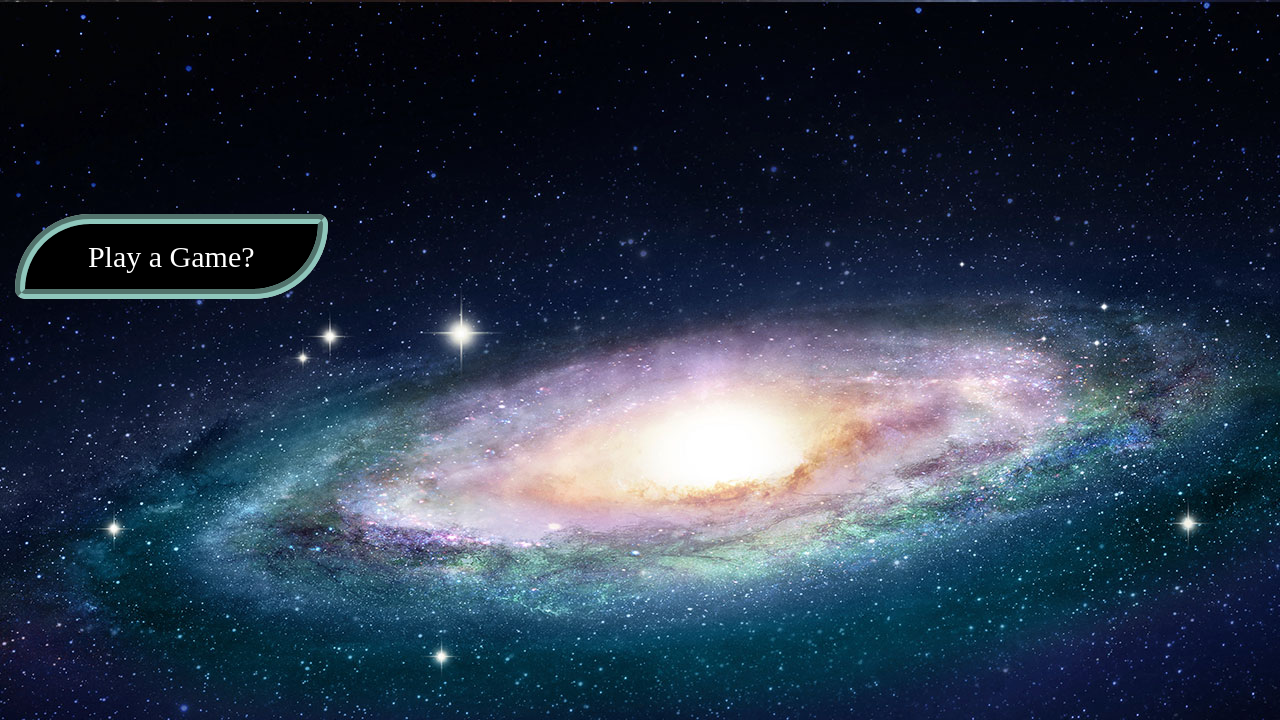
Repository: dsaftler/Trivia
Page: index.html
These files come from the project's save history. The page is drawn as it stood at one moment and after the next save; the edit follows.
The browser window is 1280 px wide. The pictures show the whole page.
Some web fonts or font styles are not loaded; a fallback is used.

Above is the page before, as saved 2019-04-13 17:36:18.

### index.html
<!DOCTYPE html>
<html lang="en">
<head>
  <meta charset="UTF-8">
  <meta name="viewport" content="width=device-width, initial-scale=1.0">
  <meta http-equiv="X-UA-Compatible" content="ie=edge">
   <link rel="stylesheet" href="assets/css/reset.css" type="text/css">
  <link rel="stylesheet" href="https://stackpath.bootstrapcdn.com/bootstrap/4.3.1/css/bootstrap.min.css"
    integrity="sha384-ggOyR0iXCbMQv3Xipma34MD+dH/1fQ784/j6cY/iJTQUOhcWr7x9JvoRxT2MZw1T" crossorigin="anonymous">
  <!-- <link href="https://fonts.googleapis.com/css?family=Cherry+Swash:700" rel="stylesheet"> -->
  <link href="https://fonts.googleapis.com/css?family=Baumans" rel="stylesheet">
  <link rel="stylesheet" href="assets/css/glowing.css">

  <!-- custom css -->
  <link rel="stylesheet" href="assets/css/style.css" type="text/css">

  <title>Trivia Game</title>
</head>
<body>
<div class="container">
  <div class="scoreElements">
   <div id="showWinsCnt"><span id="wins"></span></div>
   <div id="showLoseCnt"><span id="wrongs"></span></div>
   <div id="showMissCnt"><span id="misses"></span></div>
  </div>
  <div class='playElements'>
    <div class="showTimer"><span id="timer"></span></div>
    <div class="showQuestion"><span id="question"></span></div>
    <ul class=showAnswers>
    <li class="answers glowing blue" id="answer0"><a href="#"></a></li>
    <li class="answers glowing darkblue" id="answer1"><a href="#"></a></li>
    <li class="answers glowing indigo"  id=" answer2"><a href="#"></a></li>
    <li class="answers glowing purple" id=" answer3"><a href="#"></a></li>
    </ul>
    <span class="tmyk">
      <div class="extra"></div>
      <img class="image">
    </span>
  </div>

  <button class="glowing cyan" id="newGame" onclick="initGame()">Play a Game?</button>
  <!-- <button id="temp1" onclick="newQuestion()">Next Question?</button> -->
</div>

<!-- bootstrap scripts -->
<script src="https://code.jquery.com/jquery-3.3.1.slim.min.js"
  integrity="sha384-q8i/X+965DzO0rT7abK41JStQIAqVgRVzpbzo5smXKp4YfRvH+8abtTE1Pi6jizo" crossorigin="anonymous"></script>
<script src="https://cdnjs.cloudflare.com/ajax/libs/popper.js/1.14.7/umd/popper.min.js"
  integrity="sha384-UO2eT0CpHqdSJQ6hJty5KVphtPhzWj9WO1clHTMGa3JDZwrnQq4sF86dIHNDz0W1" crossorigin="anonymous"></script>
<script src="https://stackpath.bootstrapcdn.com/bootstrap/4.3.1/js/bootstrap.min.js"
  integrity="sha384-JjSmVgyd0p3pXB1rRibZUAYoIIy6OrQ6VrjIEaFf/nJGzIxFDsf4x0xIM+B07jRM" crossorigin="anonymous"></script>
<script src="assets/javascript/app.js"></script>


</body>
</html>

### assets/css/glowing.css
/*!
 * Glowing.css - a simple pure CSS to make PNG or anything glow!
 * https://github.com/topex-psy/Glowing.css
 *
 * Version: 1.0
 * Author: Taufik Nur Rahmanda (https://www.facebook.com/TopEx.Divine)
 * Github: https://github.com/topex-psy

 * Made available under a MIT License:
 * http://www.opensource.org/licenses/mit-license.php
 */

.glowing {
	-webkit-filter: drop-shadow(0 0 0 rgba(255,255,255,.8));
	-webkit-transition: all .2s linear;
	-moz-transition: all .2s linear;
	-o-transition: all .2s linear;
	transition: all .2s linear;
}
.glowing.red:hover { -webkit-filter: drop-shadow(0 0 8px rgba(255,153,153,1)); }
.glowing.orange:hover { -webkit-filter: drop-shadow(0 0 8px rgba(244,173,66,1)); }
.glowing.yellow:hover { -webkit-filter: drop-shadow(0 0 8px rgba(244,241,66,1)); }
.glowing.green:hover { -webkit-filter: drop-shadow(0 0 8px rgba(83,244,66,1)); }
.glowing.cyan:hover { -webkit-filter: drop-shadow(0 0 8px rgba(0,255,221,1)); }
.glowing.lightblue:hover { -webkit-filter: drop-shadow(0 0 8px rgba(0,231,255,1)); }
.glowing.blue:hover { -webkit-filter: drop-shadow(0 0 8px rgba(0,153,255,1)); }
.glowing.darkblue:hover { -webkit-filter: drop-shadow(0 0 8px rgba(0,63,255,1)); }
.glowing.indigo:hover { -webkit-filter: drop-shadow(0 0 8px rgba(167,66,244,1)); }
.glowing.purple:hover { -webkit-filter: drop-shadow(0 0 8px rgba(244,66,232,1)); }
.glowing.magenta:hover { -webkit-filter: drop-shadow(0 0 8px rgba(255,109,194,1)); }
.glowing.pink:hover { -webkit-filter: drop-shadow(0 0 8px rgba(255,137,184,1)); }

.and { }
.quickly { -webkit-transition:-webkit-transform .05s !important;-moz-transition:-moz-transform .05s !important;-o-transition:-o-transform .05s !important;transition:transform .05s !important; }
.rotating:hover { -ms-transform:matrix(1.1,0.2,-0.2,1.1,0,0);-webkit-transform:matrix(1.1,0.2,-0.2,1.1,0,0);transform:matrix(1.1,0.2,-0.2,1.1,0,0); }
.zooming:hover { -ms-transform: scale(1.1,1.1);-webkit-transform: scale(1.1,1.1);transform: scale(1.1,1.1); }

.disco:hover {
	-webkit-animation-duration: 2s;
	-webkit-animation-timing-function: ease-in-out;
	-webkit-animation-iteration-count: infinite;
	-webkit-animation-name: disco;
	animation-duration: 2s;
	animation-timing-function: ease-in-out;
	animation-iteration-count: infinite;
	animation-name: disco;
}
@-webkit-keyframes disco {
	0%    { -webkit-filter: drop-shadow(0 0 8px rgba(255,153,153,1)); }
	25%  { -webkit-filter: drop-shadow(0 0 8px rgba(244,241,66,1)); }
	50%  { -webkit-filter: drop-shadow(0 0 8px rgba(0,153,255,1)); }
	75%  { -webkit-filter: drop-shadow(0 0 8px rgba(244,66,232,1)); }
	100%    { -webkit-filter: drop-shadow(0 0 8px rgba(255,153,153,1)); }
}

### assets/css/style.css
html {
  height: 100%;
}
body {
  height: 100%;
  margin: 0;
  padding:0;
  background-color: #02315c;

  margin: auto;
  align-content: center;
  font-family: 'Baumans', cursive;
  color:white;
  font-size: 24px;
  font-weight: bolder;
}
.container{
   height: 100%;
  margin: auto;
  background-image: url("../images/hubble.jpg");
  max-width: 1536px;
}
button{
  width:25%;
  margin: auto;
  color:white;
  font-size: 30px;
  padding: 10px;
  background-color:black;
  border-color: #8fc7bc;
  border-style: groove;
  border-width: 10px;
  border-radius: 150px 20px;
}
.scoreElements{
align-content: center;
margin: auto;
width: 25%;

}

.playElements{
  align-content: center;
  margin: auto;
  width: 75%;
  padding-top:70px;
}

ul li a {
  /* color: #8fc7bc; */
  display: block;
  text-decoration: none;
  padding: 16px;
  width:50%
}

ul {
  list-style-type: circle;
}

li {
  display: block;
}

/* ul li a:hover {
  color: #332419;
  display: block;
  text-decoration: none;
}

li:hover {
  /* background-color:#8fc7bc; */
} */
.playElements {
  align-content: center;
  margin: auto;
  width: 75%;
  padding-top: 70px;
}
#Timer {
  font-size: 80px;
  font-weight: bolder;
}
.tmyk {
columns: count 2px;
}
.extra{
  clear: both;
  width:25%
}
.image{
  clear: both;
  float: right;
  max-width: 60%;
}

### assets/javascript/app.js
// Advanced game has a 30 second timer that counts down to 0 for each question !!!!!!!!!!!!  changed to 15 seconds
// If the timer is 0 OR  a wrong answer is chosen:
  // show the correct answer for 5 seconds
// display a new question
// restart the timer with no user interaction

// questions are contained in an array with question, array of answers, index of correct answer
// question shows in questionId
// "Correct"  or "Correct Answer" shows in answerId
// 4 possible answers show in 4 clickable buttons
// buttons have hover behavior
//  only one can be selected (by click)

// scores for Wins, Losses, and Unanswered are kept (correct, wrong, timer ==0)
// ask to play again in link
// click on play restarts the game without re-loading the page

var qArray =[];
var wins, wrongs, misses, seconds;
var correctAnswerId;
var timer;
var seconds;
var isNewGame = true;
var timerRunning=false;
var i;
var qArrayLength
var sayCorrect
var answerTime=10;
var displayInfoTime=10;
$(".answers").pointerEvents = "none";
$(document).ready(function () {
  //initGame();  // called by newGame button
  $(".answers").click(function() {
    stopTimer();
    $(".answers").css("pointer-events","none");
    //which answer did I click?
    var target = $(this).attr("id")
    for(let j = 0; j<4; j++) {
      jtarget = "answer" + j
      //console.log(jtarget)
      if (jtarget === target){
        if (j === correctAnswerId){
          showMe("win");
        } else {
          showMe("lose");
        }
      }
    }
  });
});


function initGame() {
  wins = 0;
  wrongs = 0;
  misses = 0;
  $(".scoreElements").hide();
  $(".playElements").hide();
  $(".answers.li").hide();
  // $("#showWinsCnt").hide();
  // $("#showLoseCnt").hide();
  // $("#showMissCnt").hide();
  $("#newGame").hide();
  loadQuestions();
  i = 0;
  newQuestion(i);
}

function newQuestion(i)
{
  console.log(i)
  if (i < qArrayLength){
    // show game pieces: question, answers
    $(".playElements").show();
    $("#timer").show();
    // $(".showQuestion").show();
    // $(".answers").show();
    $(".tmyk").hide();
    // $(".extra").hide();
    // $(".image").hide();
    // console.log(qArray[i]);
    q="Question "+(i+1)+":  "
    $("#question").text(q+(qArray[i].question));
    $("#answer0").text(qArray[i].ansArray[0]);
    //console.log(qArray[i].ansArray[0]);
    $("#answer1").text(qArray[i].ansArray[1]);
    $("#answer2").text(qArray[i].ansArray[2]);
    $("#answer3").text(qArray[i].ansArray[3]);
    correctAnswerId = qArray[i].correct;
    correctAnswer = qArray[i].ansArray[correctAnswerId]
    //console.log(qArray[i].ansArray[correctAnswerId]);
    info = qArray[i].extra;
    $(".answers").css("pointer-events", "auto");
    clearInterval(timer)
    seconds = answerTime;
    showTime();
    timer = setInterval(tick, 1000);
  } else {
    gameOver();
  }
}

function gameOver()
{
  $(".playElements").hide();
  // $("#timer").hide();
  // $(".showQuestion").hide();
  // $(".answers").hide();
  // $(".extra").hide();
  // $(".image").hide();
  $(".scoreElements").show();
  $("#showWinsCnt").text(wins + " Correct")
 // $("#showWinsCnt").show();

  $("#showLoseCnt").text( wrongs + " Wrong")
  //$("#showLoseCnt").show();

  $("#showMissCnt").text(  misses + " Time-Outs")
 // $("#showMissCnt").show();
  //$("#wins").text(wins);
  // $("#wrongs").text(wrongs);
  // $("#misses").text(misses);
  $("#newGame").text("Play Again?"); // calls initGame
  $("#newGame").show();
}


//  The decrement function.
function tick()
{
  seconds--;
  if (seconds < 0) {
    //  ...run the stop function.
    stopTimer()
    showMe("miss");
    return;
  }
  showTime();

}

function stopTimer()
{
  clearInterval(timer);
  $("#answers").pointerEvents="none";

}

//  Execute the run function.
function showTime()
{
 $("#timer").html("<h2>" + seconds + "</h2>");
 //console.log(seconds);
}
function showMe(result){
  switch (result){
    case "win":
      //alert("Correct");
      sayCorrect="Correct! "
      wins++;
      break;
    case "lose":
      //alert("Incorrect");
      sayCorrect = 'The correct answer was: '  + correctAnswer
      wrongs++
      break;
    case "miss":
      $("#timer").html("<h2>Timed-Out</h2>");
      sayCorrect= 'The answer was:  ' + correctAnswer
      misses++;
      break;
   }
  showExtra();
  setTimeout(displayPause, 1000 * displayInfoTime)

  }
function showExtra(){
  imgUrl = qArray[i].image
  $(".image").attr({"src":imgUrl, "alt": qArray[i].imageAlt});

  //console.log("<img src=" + qArray[i].image + ">");
  $(".extra").html(sayCorrect + "<br/>" + qArray[i].extra);
  $(".tmyk").show();
  //$(".extra").show();
  //$(".image").show();

}
function displayPause(){
  stopTimer();
  clearTimeout();
  i++;
  newQuestion(i)
}

function loadQuestions(){
qArray = [
    {
      question: "How many moons are in our Solar System?",
      correct: 3,
      ansArray: [25, 50, 97, 181],
      image: "assets/images/Moons_of_solar_system.jpg",
      imgAlt: "Moons of the solar system",
      extra: "These moons (also known as natural satellites) vary greatly in size and quantity per planet. For example, the largest moon is Jupiter’s Ganymede, and the smallest is Mar’s Deimos. Ganymede has a diameter of 3,273 miles, and Deimos has a diameter of 7 miles."

    },
    {
      question: "What percent of the universe is dark matter? (Plus or minus 2%.)",
      correct: 1,
      ansArray: ["15%", "27%", "50%", "80%"],
      image: "assets/images/darkmatter.png",
      imgAlt:"Dark matter web",
      extra: "The rest of the universe is around 68% dark energy, and less than 5% of the universe is made up of what we would consider ‘normal’ matter. This means that roughly 80% of the mass of the universe is made up of material we cannot see."
    },
    {
      question: "What is the most common type of star found in the Milky Way?",
      correct: 1,
      ansArray: ["Neutron stars", "Red dwarf stars", "Supernovae", "G-type"],
      image: "assets/images/Red-dwarf-infographic.jpg",
      imgAlt: "Types of Stars Infographic",
      extra: "Red dwarf stars make up an estimated ¾ of all stars found in the Milky Way. The surface temperature of red dwarf stars is less than 4,000 Kelvin, and they have a very low luminosity and therefore cannot be easily seen. In fact, from Earth not one red dwarf star can be seen with the naked eye. Since they develop very slowly and are constant for trillions of years, there are actually no advanced stars of this type in our galaxy because our galaxy is too young!"
    },
    {
      question: "What is the closest star to the Sun?",
      correct: 0,
      ansArray: ["Proxima Centauri", "Tau Ceti", "51 Pegasi", "Rigel"],
      image: "assets/images/proxima_centauri_main.jpg",
      imgAlt: "Proxima Centauri",
      extra: "Proxima Centauri is a red dwarf star located in Alpha Centauri system, which is in the Centaurus constellation. Alpha Centauri is actually a triple star system with Proxima Centauri being the closest to the sun. It is 4.24 light years away from the sun, and is not visible to the naked eye from Earth."
    },
    {
      question: "What has a gravitational pull so strong that even light cannot escape it?",
      correct: 2,
      ansArray: ["Quantum Gravity", "True Love", "Black Hole", "Worm Hole"],
      image: "assets/images/blackhole.jpg",
      imgAlt: "Black Hole",
      extra: "Black holes are one of the deadliest things in the universe. They are formed when a star with a mass more than three times that of our sun dies and collapses onto itself after an explosion called a supernova. Black holes can siphon the gas out of stars until they vanish. They can even break apart and swallow planets."
    },
    {
      question: "Which NASA space flight was the last manned mission to the moon?",
      correct: 3,
      ansArray: ["Gemini 12", "Skynet 1.0", "Apollo 13","Apollo 17"],
      image: "assets/images/moon-landing.jpg",
      imgAlt: "Moon Landing",
      extra: "Apollo 17 launched on December 7, 1972 as the first night launch done by NASA. It was also the final mission of NASA’s Apollo program. Apollo 17 was the last time humans traveled beyond low Earth orbit. The mission also boasted that at the time it had the longest moon landing, largest lunar samples, longest time in orbit, and the longest total moonwalks."
    },
    {
      question: "What is the longest continuous time a human has spent in space? (Plus or minus 20 days.)",
      correct: 2,
      ansArray: ["37 days", "189 days", "437 days", "682 days"],
      image: "assets/images/poljakov.jpg",
      imgAlt: "Portrait of Poljakov",
      extra: "This amounts to more than 14 months in space. This feat was accomplished by Valeri Polyakov, a Russian astronaut who stayed aboard the Mir space station from January 1994 to March 1995. When Polyakov retired he had over 678 cumulative days in space, and his combined space time was over 22 months."
    },
    {
      question: "How much time does sun rays take to reach earth?",
      correct: 2,
      ansArray: ["58 seconds", "3.5 minutes", "8 minutes", "14 minutes"],
      image: "assets/images/Earth_to_Sun.png",
      imgAlt: "Distance to the Sun",
      extra: "The speed of light in vacuum, commonly denoted c, is a universal physical constant important in many areas of physics. Its exact value is299,792,458 meters per second (approximately 300,000 km/s (186,000 mi/s))."
    },
    {
      question: "When will Halley’s Comet will be visible from Earth again?",
      correct: 2,
      ansArray: ["2024", "2039", "2061", "2101"],
      image: "assets/images/HalleysComet.jpg",
      imgAlt: "Haley's Comet",
      extra: "Halley's Comet is arguably the most famous comet. It is a ‘periodic’ comet and returns to Earth's vicinity about every 75 years, making it possible for a human to see it twice in his or her lifetime. The last time it was here was in 1986, and it is projected to return in 2061."
    },
    {
      question: "How long was the shortest space flight?",
      correct: 0,
      ansArray: ["15 minutes", "73 minutes", "4.5 hours", "3 days"],
      image: "assets/images/freedom7.jpg",
      imgAlt: "Freedom 7 launch",
      extra: "This occurred on May 5, 1961 when Alan Shepard achieved an altitude of 115 miles in NASA’s Freedom 7. He was also the first American in space. Shepard later went on to become the oldest person to walk on the surface of the moon. He achieved this in 1971 during the Apollo 14 mission. At the time, he was 47 years old."
    }
  ]
  qArrayLength=qArray.length;
  //console.log(qArray);
};

Loaded but not shown: assets/css/reset.css (no stored copy; drawn as an empty file)

After the next save:
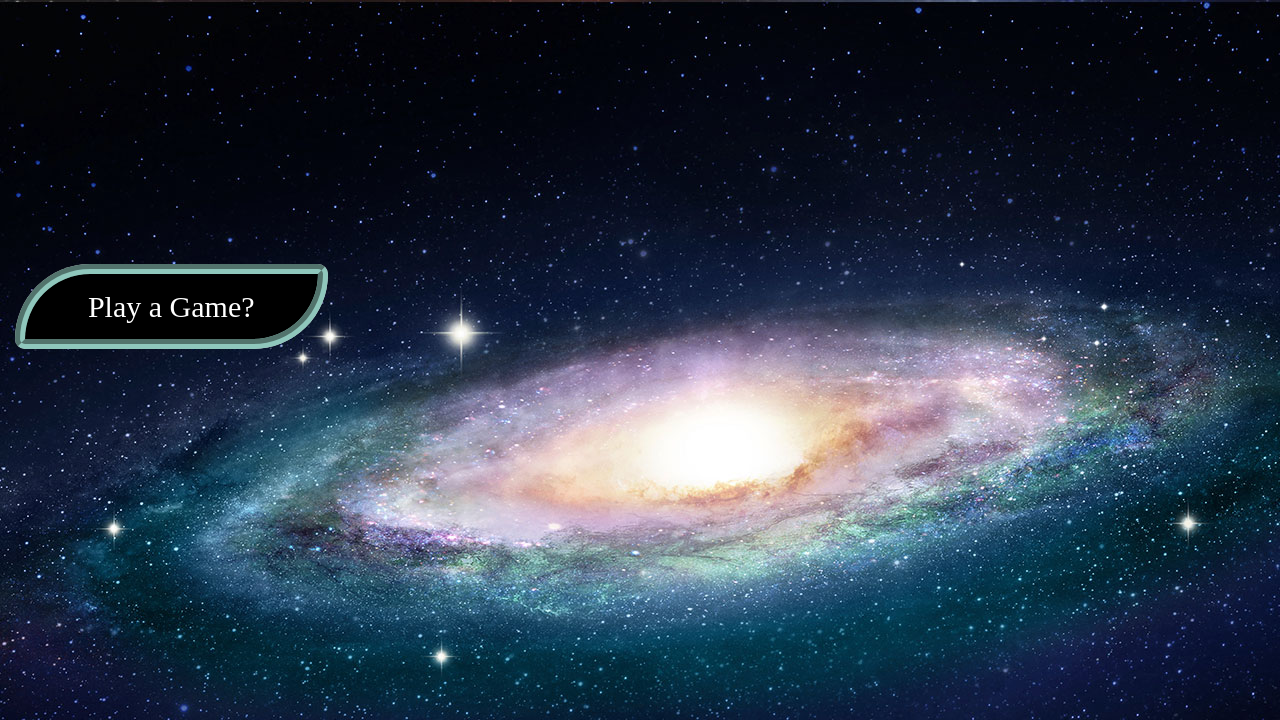
Saved 8 min 42 s later.
--- a/assets/css/style.css
+++ b/assets/css/style.css
@@ -35,8 +35,11 @@ button{
 .scoreElements{
 align-content: center;
 margin: auto;
-width: 25%;
-
+width: 10%;
+padding-top: 50px;
+}
+#wins{
+  text-align:center;
 }
 
 .playElements{
